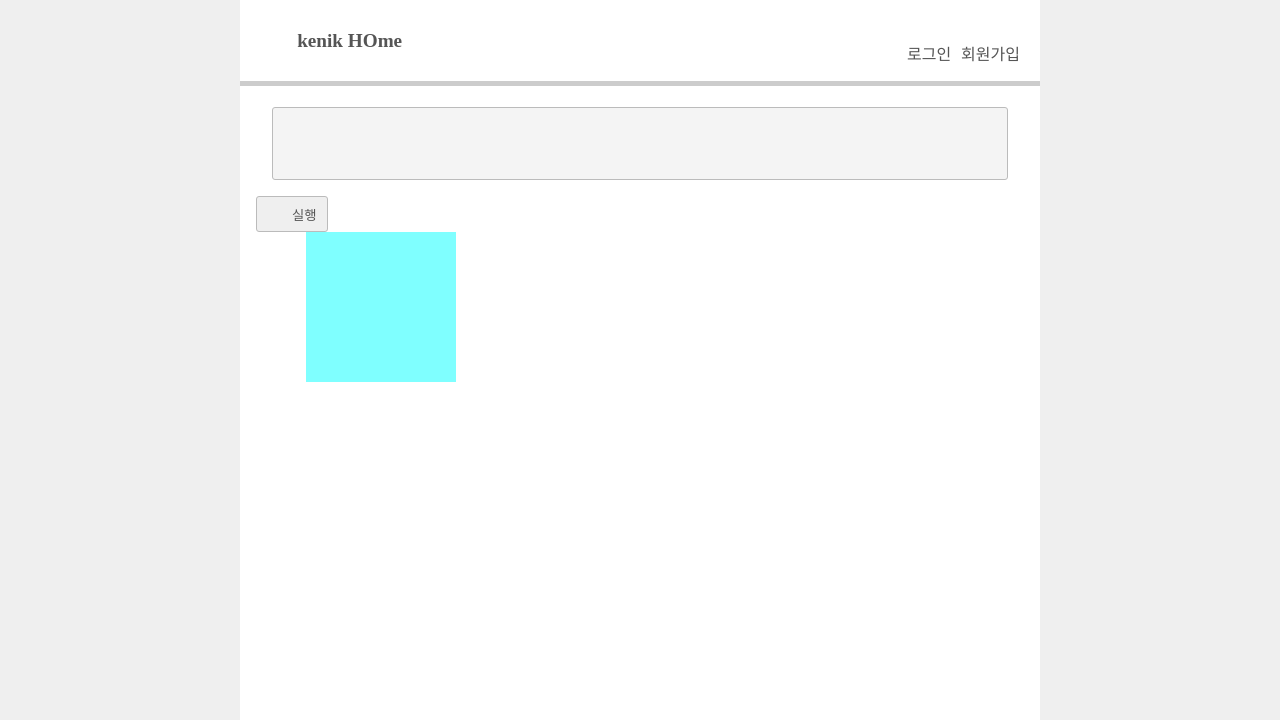
Repository: Deneb0000/WebClass
Page: webPro/src/main/webapp/jquery/days10/ex04.html
An editor plug-in stored every save of this project. The page is shown before and after the next save, followed by the edit.
The browser window is 1280 px wide. The pictures show the whole page.
After loading, the first visible `button` was clicked once.
Some web fonts or font styles are not loaded; a fallback is used.

Above is the page before, as saved 2024-10-14 06:51:49.

### webPro/src/main/webapp/jquery/days10/ex04.html
<!DOCTYPE html>
<html>
<head>
<meta charset="UTF-8">
<title>Insert title here</title>
<link rel="shortcut icon" type="image/x-icon" href="http://localhost/webPro/images/SiSt.ico">
<script src="https://ajax.googleapis.com/ajax/libs/jquery/3.7.1/jquery.min.js"></script>
<meta name="viewport" content="width=device-width, initial-scale=1.0">
<link rel="stylesheet" href="http://localhost/webPro/resources/cdn-main/example.css">
<script src="http://localhost/webPro/resources/cdn-main/example.js"></script>
<style>
 span.material-symbols-outlined{
    vertical-align: text-bottom;
 }
</style>
<style>
  #box{
    width: 100px;
    height: 100px;
    position: absolute; /*절대좌표, 상대좌표, 고정*/
    background-color: aqua;
  }
</style>
</head>
<body>
<header>
  <h1 class="main"><a href="#" style="position: absolute;top:30px;">kenik HOme</a></h1>
  <ul>
    <li><a href="#">로그인</a></li>
    <li><a href="#">회원가입</a></li>
  </ul>
</header>
<div>
  <xmp class="code">

  </xmp>
  <button>실행</button>
  <div id="box"></div>

  <script>
$("button").on("click", function(){
 /* $("#box").animate({
    left:"250px"
  });     +=, -= 현재 요소의 기준값에서 상대값을 의미
  */

  $("#box").animate({
    left:"+=50px"
    , opacity : "0.5"
    , height : "+=50px"
    , width : "+=50px"
  });

  }
)
  </script>
</div>
</body>
</html>

### webPro/src/main/webapp/resources/cdn-main/example.css
@charset "UTF-8";

@import url('https://fonts.googleapis.com/css2?family=Material+Symbols+Outlined:opsz,wght,FILL,GRAD@20..48,100..700,0..1,-50..200');

@font-face {
    font-family: 'GmarketSansMedium';
    src: url('https://cdn.jsdelivr.net/gh/projectnoonnu/noonfonts_2001@1.1/GmarketSansMedium.woff') format('woff');
    font-weight: normal;
    font-style: normal;
}

:root {
	--text-color: #555;
	--sub-text-color: #777;
	--back-color: #EFEFEF;
	--header-color: #444;
	--primary-color: #DEDEDE;
	--secondary-color: #EFEFEF;
	--default-width: 800px;
	--narrow-width: 500px;
	--wide-width: 1200px;
	--text-font: 'GmarketSansMedium';
	--icon-font: 'Material Symbols Outlined';
	--border-color: #CCC;
}

html, body {
	margin: 0;
	padding: 0;
}

html {
	background-color: var(--back-color);
	display: flex;
	justify-content: center;
	min-height: 100vh;
}

body, body.default {
	width: var(--default-width);
	background-color: white;
	padding-bottom: 120px;
}

body.wide {
	width: var(--wide-width);
}

body.narrow {
	width: var(--narrow-width);
}



body, p, div, span, a, input, select, option, textarea, button, table, th, td, label, fieldset, legend {
	font-family: var(--text-font);
	color: var(--text-color);
}

h1, h2, h3 {
	font-family: var(--text-font);
	color: var(--header-color);
	padding: 0 1rem;
	padding-top: .5rem;
}

div > h1, div > h2, div > h3 {
	padding: 0;
}

body > div, body > main > div {
	padding: 0.3rem 1rem;
}


h1 { font-size: 2rem; border-bottom: 1px solid var(--border-color); }
h1 small { font-size: 1.2rem; color: var(--sub-text-color); }
h2 { font-size: 1.5rem; border-bottom: 1px dashed var(--border-color); }
h2 small { font-size: 1.1rem; color: --sub-text-color; }
h3 { font-size: 1.2rem; }
h3 small { font-size: 1rem; color: --sub-text-color; }



h1.main::before {
	font-family: var(--icon-font);
  	content: '\e666';
  	margin-right: 10px;
  	float: left;
	font-size: 2.5rem;
}

h1.sub::before {
	font-family: var(--icon-font);
  	content: '\ea19';
  	margin-right: 10px;
  	float: left;
	font-size: 2.5rem;
}


h1.page::before {
	font-family: var(--icon-font);
  	content: '\e0e0';
  	margin-right: 10px;
  	float: left;
	font-size: 2.5rem;
}

body > header > ul > li > .active{
	background-color: #FFF;
	color:#F00;
}

body > header {
	display: flex;
	justify-content: space-between;
	border-bottom: 5px solid var(--border-color);
	min-height: 74px;
	background-color: #FFF;
}

body > header.sticky {
	position: sticky;
	top: 0;
	z-index: 98;
}

body > header > h1 {
	font-size: 1.2rem;
	border: 0;
}

body > header.in > h1::before {
	font-family: var(--icon-font);
  	content: '\e332‥';
  	margin-right: 3px;
  	float: left;
	font-size: 2rem;
}


body > header > ul {
	list-style-type: none;
	display: flex;
	align-items: flex-end;
	margin-right: 10px;
}

body > header > ul > li {
	margin-right: 10px;
	cursor: pointer;
}

body > header > ul > li > a {
	cursor: pointer;
}


form {
	display: block;
}

form > div {
	padding: 0.3rem 1rem;
}

div > form > div {
	padding: 0.3rem 0;
}

input, textarea, button, select {
	border: 1px solid #BBB;
	border-radius: 3px;
	outline: none;
	resize: none;
	padding: 7px;
	margin: 0;
}

input[type=text]:read-only, textarea:read-only {
	cursor: not-allowed;
	background-color: #FFF;
}

input[type=text]:disabled, textarea:disabled {
	cursor: not-allowed;
	background-color: #EEE;
}

input[type=text], input[type=password], textarea, button, select {
	/* width: 300px; */
}

textarea {
	display: block;
	height: 100px;
}

input[type=button], input[type=submit], button {
	/* width: inherit; */
}

input.short, textarea.short, button.short, select.short {
	width: 100px;
}

input.long, textarea.long, button.long, select.long {
	width: 350px;
}

.narrow input.long, .narrow textarea.long, .narrow button.long, .narrow select.long {
	width: calc(100% - 20px);
}

input.full, textarea.full, button.full, select.full {
	width: calc(100% - 20px);
}

textarea.short {
	height: 50px;
}

textarea.long {
	height: 100px;
}

textarea.full {
	height: 200px;
}

input, textarea {
	padding-top: 8px;
}

input[type=button], input[type=submit], button {
	padding: 5px 10px;
	background-color: var(--secondary-color);
	cursor: pointer;
	min-height: 36px;
}

input[type=button].primary, input[type=submit].primary, button.primary {
	/* background-color: rgba(100, 149, 237, .2); */
	background-color: var(--primary-color);
}

input[type=button].primary:hover, input[type=submit].primary:hover, button.primary:hover {
	/* background-color: rgba(100, 149, 237, .3); */
	background-color: var(--secondary-color);
}

input[type=button]:hover, input[type=submit]:hover, button:hover {
	background-color: var(--primary-color);
}

button {
	position: relative;
	left: 0;
	top: 0;
	padding-left: 35px;
}

button .material-symbols-outlined {
	position: absolute;
	left: 10px;
	top: 4px;
}

/* k2nik add */
button.login::before {
	font-family: var(--icon-font);
  	content: '\ea77';
	position: absolute;
	left: 11px;
	top: 4px;
	font-size: 1.25rem;
}

/* k2nik logout */
button.logout::before {
	font-family: var(--icon-font);
  	content: '\e9ba';
	position: absolute;
	left: 11px;
	top: 4px;
	font-size: 1.25rem;
}

/* k2nik help */
button.help::before {
	font-family: var(--icon-font);
  	content: '\f1c0';
	position: absolute;
	left: 11px;
	top: 4px;
	font-size: 1.25rem;
}

button.add::before{
	font-family: var(--icon-font);
  	content: '\e746';
	position: absolute;
	left: 11px;
	top: 4px;
	font-size: 1.25rem;
}

button.back::before {
	font-family: var(--icon-font);
  	content: '\e166';
	position: absolute;
	left: 11px;
	top: 4px;
	font-size: 1.25rem;
}

button.list::before {
	font-family: var(--icon-font);
  	content: '\e0ee';
	position: absolute;
	left: 11px;
	top: 4px;
	font-size: 1.25rem;
}


button.del::before {
	font-family: var(--icon-font);
  	content: '\e872';
	position: absolute;
	left: 11px;
	top: 4px;
	font-size: 1.25rem;
}


button.edit::before {
	font-family: var(--icon-font);
  	content: '\e745';
	position: absolute;
	left: 11px;
	top: 4px;
	font-size: 1.25rem;
}


button.login::before {
	font-family: var(--icon-font);
  	content: '\ea77';
	position: absolute;
	left: 11px;
	top: 4px;
	font-size: 1.25rem;
}


button.logout::before {
	font-family: var(--icon-font);
  	content: '\e9ba';
	position: absolute;
	left: 11px;
	top: 4px;
	font-size: 1.25rem;
}


button.in::before {
	font-family: var(--icon-font);
  	content: '\f71a';
	position: absolute;
	left: 11px;
	top: 4px;
	font-size: 1.25rem;
}


button.out::before {
	font-family: var(--icon-font);
  	content: '\f70e';
	position: absolute;
	left: 11px;
	top: 4px;
	font-size: 1.25rem;
}


button.reply::before {
	font-family: var(--icon-font);
  	content: '\e15e';
	position: absolute;
	left: 11px;
	top: 4px;
	font-size: 1.25rem;
}


button.comment::before {
	font-family: var(--icon-font);
  	content: '\e0b9';
	position: absolute;
	left: 11px;
	top: 4px;
	font-size: 1.25rem;
}


button.modal::before {
	font-family: var(--icon-font);
  	content: '\e89e';
	position: absolute;
	left: 11px;
	top: 4px;
	font-size: 1.25rem;
}


button.ok::before {
	font-family: var(--icon-font);
  	content: '\e86c';
	position: absolute;
	left: 11px;
	top: 4px;
	font-size: 1.25rem;
}


button.cancel::before {
	font-family: var(--icon-font);
  	content: '\e5c9';
	position: absolute;
	left: 11px;
	top: 4px;
	font-size: 1.25rem;
}

button.search::before {
	font-family: var(--icon-font);
  	content: '\e8b6';
	position: absolute;
	left: 11px;
	top: 4px;
	font-size: 1.25rem;
}

button.home::before {
	font-family: var(--icon-font);
  	content: '\e88a';
	position: absolute;
	left: 11px;
	top: 4px;
	font-size: 1.25rem;
}


button.sidebar::before {
	font-family: var(--icon-font);
  	content: '\f7e4';
	position: absolute;
	left: 11px;
	top: 4px;
	font-size: 1.25rem;
}


button.sidebar-right::before {
	font-family: var(--icon-font);
  	content: '\f7e5';
	position: absolute;
	left: 11px;
	top: 4px;
	font-size: 1.25rem;
}




button::before {
	font-family: var(--icon-font);
  	content: '\e323';
	position: absolute;
	left: 11px;
	top: 4px;
	font-size: 1.25rem;
}


table {
	border-collapse: collapse;
	margin: 1rem;
	box-sizing: border-box;
	width: calc(100% - 32px);
}

table.content {
	width: auto;
}

div > table {
	margin: 0;
}

table th, table td {
	border: 1px solid var(--border-color);
	padding: 7px;
	font-weight: normal;
}

table th {
	background-color: var(--back-color);
}

table.vertical th {
	width: 150px;
}

table.vertical td {
	width: calc(100% - 182px);
	padding-left: 10px;
}

table.content td, table.content th {
	width: auto;
}

body.narrow table.vertical th {
	width: 100px;
}

body.narrow table.vertical td {
	width: calc(100% - 182px);
}


table + table {
	margin-top: 30px;
}


p {
	padding: 0 1rem;
}

a {
	text-decoration: none;
}

a:hover {
	color: rgba(255, 99, 71, .7);
}

hr {
	border: 0;
	border-top: 1px solid var(--border-color);
	margin: 2rem 0;
}

.message {
	border: 1px solid var(--border-color);
	background-color: #EFEFEF;
	margin: 1rem;
	width: auto;
	padding-top: 10px;
	padding-bottom: 10px;
	font-size: 14px;
}

.message[title]::before {
	content: attr(title);
	display: block;
	border-bottom: 1px solid var(--border-color);
	padding-bottom: 5px;
	margin-bottom: 10px;
	margin-top: 7px;
}

.message.short {
	max-width: 250px;
}

.message.long {
	max-width: 500px;
}

.badge {
	float: right;
	font-size: .8rem;
	margin-top: 2px;
	margin-right: 2px;
	text-shadow: 0 0 7px gray;
}

.badge.left {
	float: none;
	margin-left: 2px;
}

.badge.right {
	float: right;
}

.badge.red {
	border-radius: 50%;
	padding: 2px 5px;
	background-color: rgb(255, 99, 71, .3);
}

.badge.yellow {

	border-radius: 50%;
	padding: 2px 5px;
	background-color: rgb(255, 215, 0, .5);
}

.badge.blue {
	border-radius: 50%;
	padding: 2px 5px;
	background-color: rgb(100, 149, 237, .3);
}

label + label {
	margin-left: 7px;
}

label input[type=checkbox], label input[type=radio] {
	transform: translate(0, 1px);
}

.group {
	display: flex;
}

.modal-content .group {
	margin-bottom: .5rem;
}

.group label {
	border: 1px solid #BBB;
	border-radius: 3px;
	outline: none;
	resize: none;
	padding: 7px 14px;
	margin: 0;
	border-top-right-radius: 0;
	border-bottom-right-radius: 0;
	background-color: #EFEFEF;
	white-space: nowrap;
	font-size: 14px;
}

.group input[type=text] {
	margin-left: -1px;
	border-top-left-radius: 0;
	border-bottom-left-radius: 0;
}

.group select {
	margin-left: -1px;
	border-top-left-radius: 0;
	border-bottom-left-radius: 0;
}

.group input.full[type=text] {
	margin-left: -1px;
	border-top-left-radius: 0;
	border-bottom-left-radius: 0;
	width: 100%;
}

.group input[type=button]:first-child, .group button:first-child {
	border-top-left-radius: 3px;
	border-bottom-left-radius: 3px;
	margin-left: 0px;
}

.group input[type=button], .group button {
	border-radius: 0;
	margin-left: -1px;
}

.group input[type=button]:last-child, .group button:last-child {
	margin-left: -1px;
	border-top-right-radius: 3px;
	border-bottom-right-radius: 3px;
}

.seperate {
	display: flex;
	justify-content: space-between;
}

div.list {
	width: max-content;
	margin: 1rem;
	border: 1px solid #BBB;
	border-radius: 3px;
	padding: 0;
}

div.list.full {
	width: auto;
	display: block;
	margin: 1rem;
	border: 1px solid #BBB;
	border-radius: 3px;
	padding: 0;
}

div.list > div {
	padding: .5rem 1rem;
	margin: 0;
	border-bottom: 1px solid #BBB;
}

div.list > div:last-child {
	border-bottom: 0;
}

pre.code , xmp.code{
	font-family: consols;
	background-color: rgba(150, 150, 150, .1);
	border: 1px solid #BBB;
	border-radius: 3px;
	padding: .5rem 1rem;
	padding-bottom: .6rem;
	margin: 1rem;
}




*[data-modal-window] {
	position: fixed;
	background-color: rgba(0, 0, 0, .3);
	left: 0;
	top: 0;
	display: none;
	justify-content: center;
	align-items: flex-start;
	width: 100%;
	min-height: 100vh;
	z-index: 100;
	opacity: 0;
	transition: 500ms all;
}

*[data-modal-window] .modal-container {
	border-radius: 5px;
	padding: 1rem;
	padding-bottom: .5rem;
	margin-top: -500px;
	opacity: 0;
	width: 500px;
	background-color: #FFF;
	margin-right: 2rem;
	transition: 500ms all;
}

*[data-modal-size=content] .modal-container {
	width: auto;
}

*[data-modal-size=narrow] .modal-container {
	width: 300px;
}

*[data-modal-size=wide] .modal-container {
	width: 760px;
}


*[data-modal-window] .modal-header {
	border-bottom: 1px solid var(--border-color);
	padding: 2px 5px;
}

*[data-modal-window] .modal-content {
	padding: 1rem 5px;
}

*[data-modal-window] .modal-content div:last-child {
	margin-top: 1rem;
	text-align: right;
}



*[data-sidebar-window] {
	position: fixed;
	background-color: #FFF;
	left: 0;
	top: 0;
	display: block;
	width: 300px;
	border-right: 1px solid var(--border-color);
	box-sizing: border-box;
	box-shadow: 0 0 3px var(--back-color);
	min-height: 100vh;
	z-index: 99;
	transform: translate(-300px, 0);
	transition-duration: 500ms;
	transition-property: transform;
}

*[data-sidebar-direction=right] {
	left: auto;
	right: 0;
	transform: translate(300px, 0);
	border-left: 1px solid var(--border-color);
}

*[data-sidebar-size=wide] {
	width: 500px;
	transform: translate(-500px, 0);
}

*[data-sidebar-window] .sidebar-title {
	border-bottom: 1px solid var(--border-color);
	margin-top: 20px;
	margin-bottom: 20px;
	padding-bottom: 5px;
	display: flex;
	justify-content: space-between;
}

*[data-sidebar-window] .sidebar-title span:last-child {
	cursor: pointer;
}


/* K2Nik pagination */
.center {
  text-align: center;
}

.pagination {
  display: inline-block;
}

.pagination a {
  color: black;
  float: left;
  padding: 3px 6px;
  text-decoration: none;
  transition: background-color .3s;
  border: 1px solid #ddd;
  margin: 0 3px;
}

.pagination a.active {
  background-color: #4CAF50;
  color: white;
  border: 1px solid #4CAF50;
}

.pagination a:hover:not(.active) {background-color: #ddd;}

### webPro/src/main/webapp/resources/cdn-main/example.js

window.onload = () => {

    const list = document.querySelectorAll('input, textarea');

    list.forEach(item => {
        item.setAttribute('autocomplete', 'off');
    });


    const modal_btn_list = document.querySelectorAll('*[data-modal-button]');

    modal_btn_list.forEach(item => {
        item.onclick = function() {

            const name = this.dataset['modalButton'];
            const modal_window = document.querySelector('*[data-modal-window=' + name);

            const container = document.createElement('div');
            container.className = 'modal-container';



            const modal_header = document.createElement('div');
            modal_header.textContent = modal_window.dataset['modalTitle'];
            modal_header.className = 'modal-header';
            container.appendChild(modal_header);

            const modal_content = document.createElement('div');
            modal_content.className = 'modal-content';
            container.appendChild(modal_content);

            Array.from(modal_window.childNodes).forEach(item => {
                modal_content.appendChild(item);
            });

            modal_window.appendChild(container);

            modal_window.style.display = 'flex';

            setTimeout(() => {
                modal_window.style.opacity = 1;
                container.style.marginTop = '20px';
                container.style.opacity = 1;
            }, 50);


            const modal_ok = document.querySelector('*[data-modal-ok=' + name);
            modal_ok.addEventListener('click', function() {
                modal_window.style.opacity = 0;
                container.style.marginTop = '-500px';
                container.style.opacity = 0;

                setTimeout(() => {
                    modal_window.innerHTML = modal_content.innerHTML;
                    modal_window.style.display = 'none';
                }, 500);

            });

            const modal_cancel = document.querySelector('*[data-modal-cancel=' + name);
            modal_cancel.addEventListener('click', function() {

                modal_window.style.opacity = 0;
                container.style.marginTop = '-500px';
                container.style.opacity = 0;

                setTimeout(() => {
                    modal_window.innerHTML = modal_content.innerHTML;
                    modal_window.style.display = 'none';
                }, 500);
            });


        };
    });


    const sidebar_btn_list = document.querySelectorAll('*[data-sidebar-button]');

    sidebar_btn_list.forEach(item => {
        item.onclick = function() {



            const name = this.dataset['sidebarButton'];
            const sidebar_window = document.querySelector('*[data-sidebar-window=' + name);

            if (sidebar_window.style.transform == 'translate(0px, 0px)') return;



            sidebar_window.style.transform = 'translate(0, 0)';

            const sidebar_title = document.createElement('div');
            sidebar_title.className = 'sidebar-title';
            sidebar_title.innerHTML = '<span>' + sidebar_window.dataset['sidebarTitle'] + '</span><span class="material-symbols-outlined">close</span>';

            sidebar_title.children[1].onclick = function() {

                let sign = 1;
                let distance = 300;

                if (sidebar_window.dataset['sidebarDirection'] != 'right') {
                    sign = -1;
                } else {
                    sign = 1;
                }

                if (sidebar_window.dataset['sidebarSize'] != 'wide') {
                    distance = 300;
                } else {
                    distance = 500;
                }

                distance *= sign;

                sidebar_window.style.transform = 'translate(' + distance + 'px, 0)';

                setTimeout(function() {
                    sidebar_window.removeChild(sidebar_window.children[0]);
                }, 500);
            };


            sidebar_window.prepend(sidebar_title);

        }
    });

};

// window.onkeydown = function(event) {

//     if (event.keyCode == 27) {
//         if (document.querySelector('[data-modal-window').style.display == 'flex') {
//             document.querySelector('[data-modal-window').style.display = 'none';
//         }
//     }

// };

After the next save:
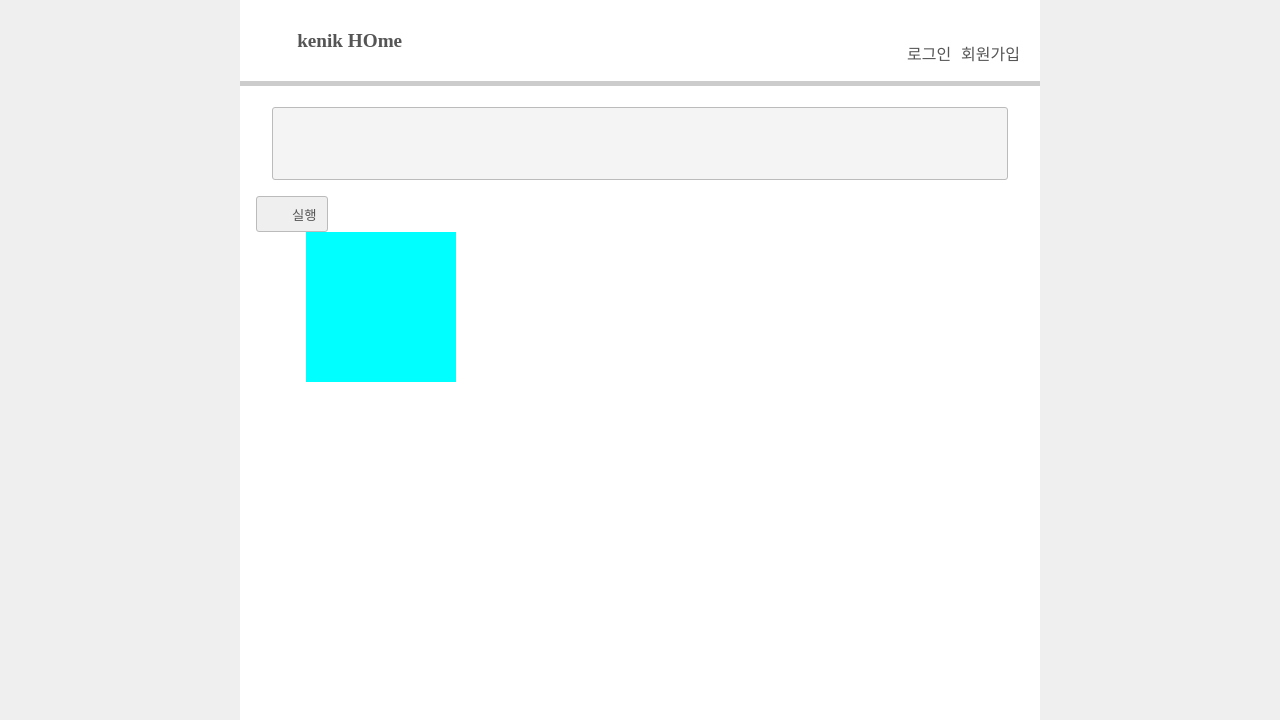
Saved 39 s later.
--- a/webPro/src/main/webapp/jquery/days10/ex04.html
+++ b/webPro/src/main/webapp/jquery/days10/ex04.html
@@ -46,7 +46,7 @@
 
   $("#box").animate({
     left:"+=50px"
-    , opacity : "0.5"
+    , opacity : "+=0.3"
     , height : "+=50px"
     , width : "+=50px"
   });
